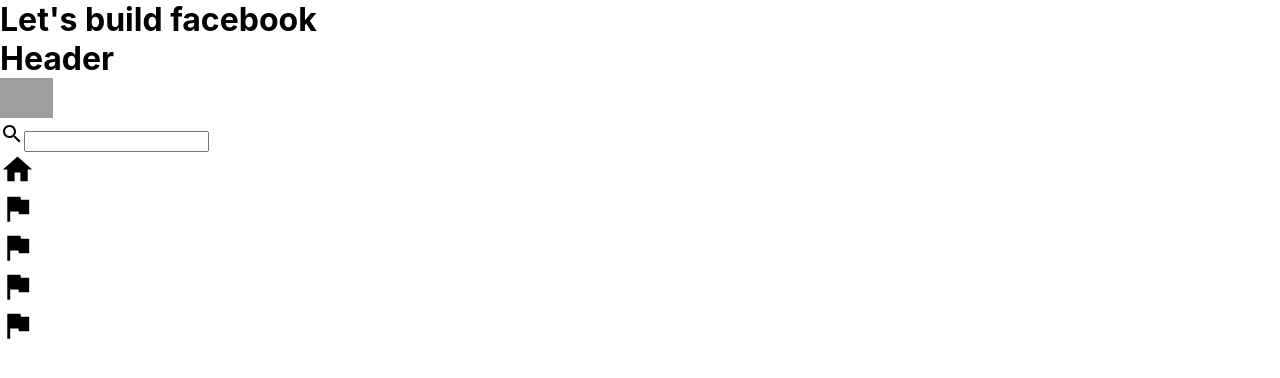
Repository: exiled-kal/FaceBook
Page: /
These files come from the project's save history. The page is drawn as it stood at one moment and after a run of saves; the edit follows.
The browser window is 1280 px wide. The pictures show the whole page.
Pictures or frames that could not be fetched are drawn as grey boxes. The project was rebuilt for these pictures with package versions that can differ from the ones it lists, and the page was loaded fresh each time. Also part of the build but not shown: src/App.css.

Above is the page before, as saved 2020-08-29 21:37:42.

### src/App.js
import React from 'react';
import './App.css';
import Header from './Header';

function App() {
  return (
    <div className="app">
      <h1>Let's build facebook</h1>

      {/* Header */}
      <Header />
      {/* App Body */}
      {/* SideBar */}
      {/* Feed */}
      {/* Widget */}
    </div>
  );
}

export default App;

### src/Header.js
import React from 'react';
import './Header.css';
import SearchIcon from '@material-ui/icons/Search';
import HomeIcon from '@material-ui/icons/Home';
import FlagIcon from '@material-ui/icons/Flag';
import SubscriptionOutlinedIcon from '@material-ui/icons/SubscriptionsOutlined';
import StorefrontOutlinedIcon from '@material-ui/icons/StorefrontOutlined';
import SupervisedUserCircleIcon from '@material-ui/icons/SupervisedUserCircle';

function Header() {
  return (
    <div className="header">
      <h1>Header</h1>
      <div className="header__left">
        <img
          src="https://facebookbrand.com/wp-content/uploads/2019/04/f_logo_RGB-Hex-Blue_512.png?w=512&h=512"
          alt=""
        />
        <div className="header__input">
          <SearchIcon />
          <input type="text" />
        </div>
      </div>

      <div className="header__middle">
        <div className="header__option">
          <HomeIcon fontSize="large" />
        </div>
        <div className="header__option">
          <FlagIcon fontSize="large" />
        </div>
        <div className="header__option">
          <FlagIcon fontSize="large" />
        </div>
        <div className="header__option">
          <FlagIcon fontSize="large" />
        </div>
        <div className="header__option">
          <FlagIcon fontSize="large" />
        </div>
      </div>

      <div className="header__right"></div>
    </div>
  );
}

export default Header;

### src/Header.css
.header__left > img {
  height: 40px;

}

Loaded but not shown: public/index.html (common file); src/index.js (common file); src/index.css (common file); src/serviceWorker.js (common file)

After the next 2 saves:
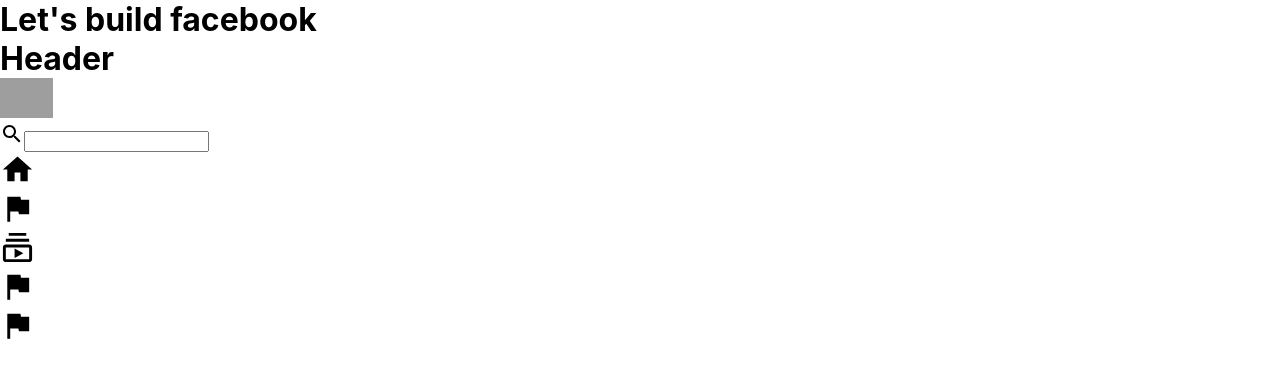
The 2 saves are shown as one change because they came seconds apart.
The last was saved 7 s later.
--- a/src/Header.js
+++ b/src/Header.js
@@ -30,7 +30,7 @@
           <FlagIcon fontSize="large" />
         </div>
         <div className="header__option">
-          <FlagIcon fontSize="large" />
+          <SubscriptionOutlinedIcon fontSize="large" />
         </div>
         <div className="header__option">
           <FlagIcon fontSize="large" />
